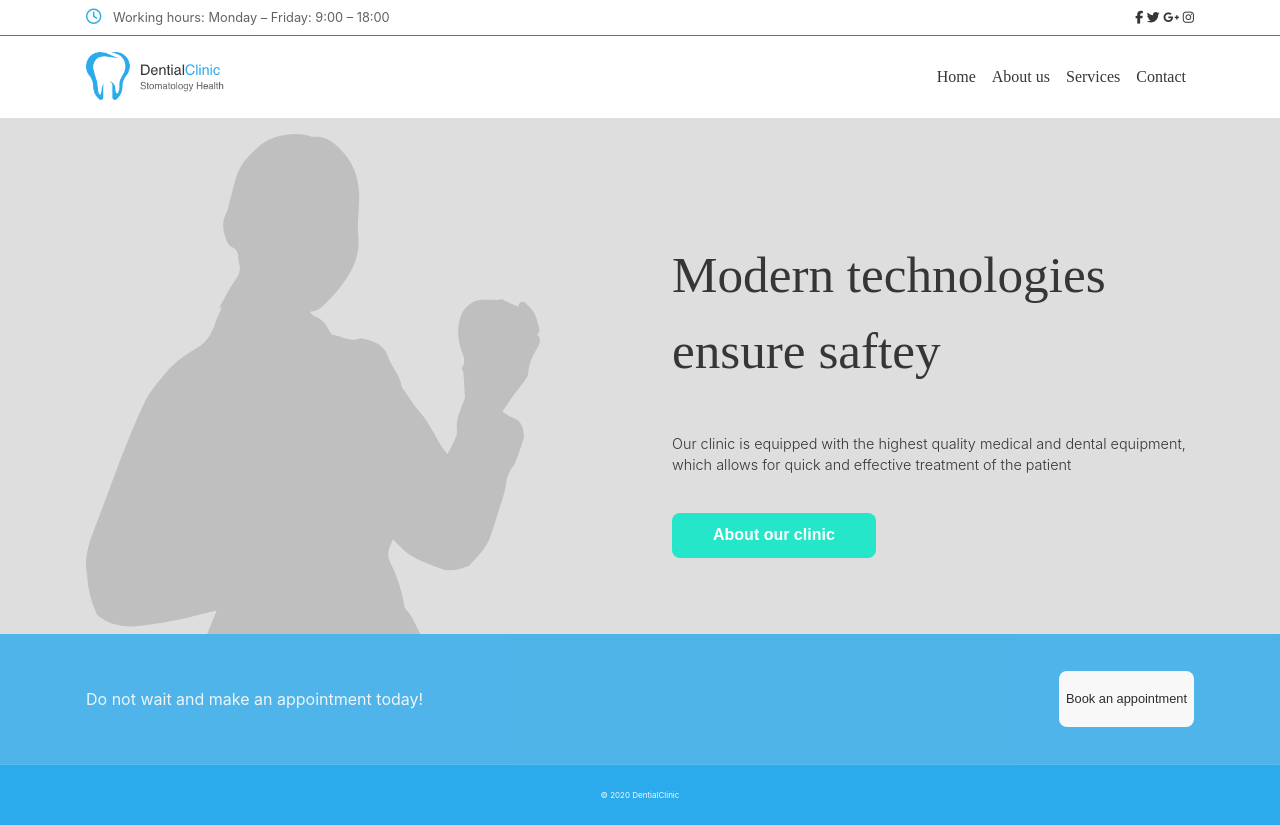
Repository: skepp4rn/uppgift1
Page: index.html
These files come from the project's save history. The page is drawn as it stood at one moment and after the next save; the edit follows.
The browser window is 1280 px wide. The pictures show the whole page.
Some web libraries are served in a nearby version.

Above is the page before, as saved 2020-12-03 15:01:28.

After the next save:
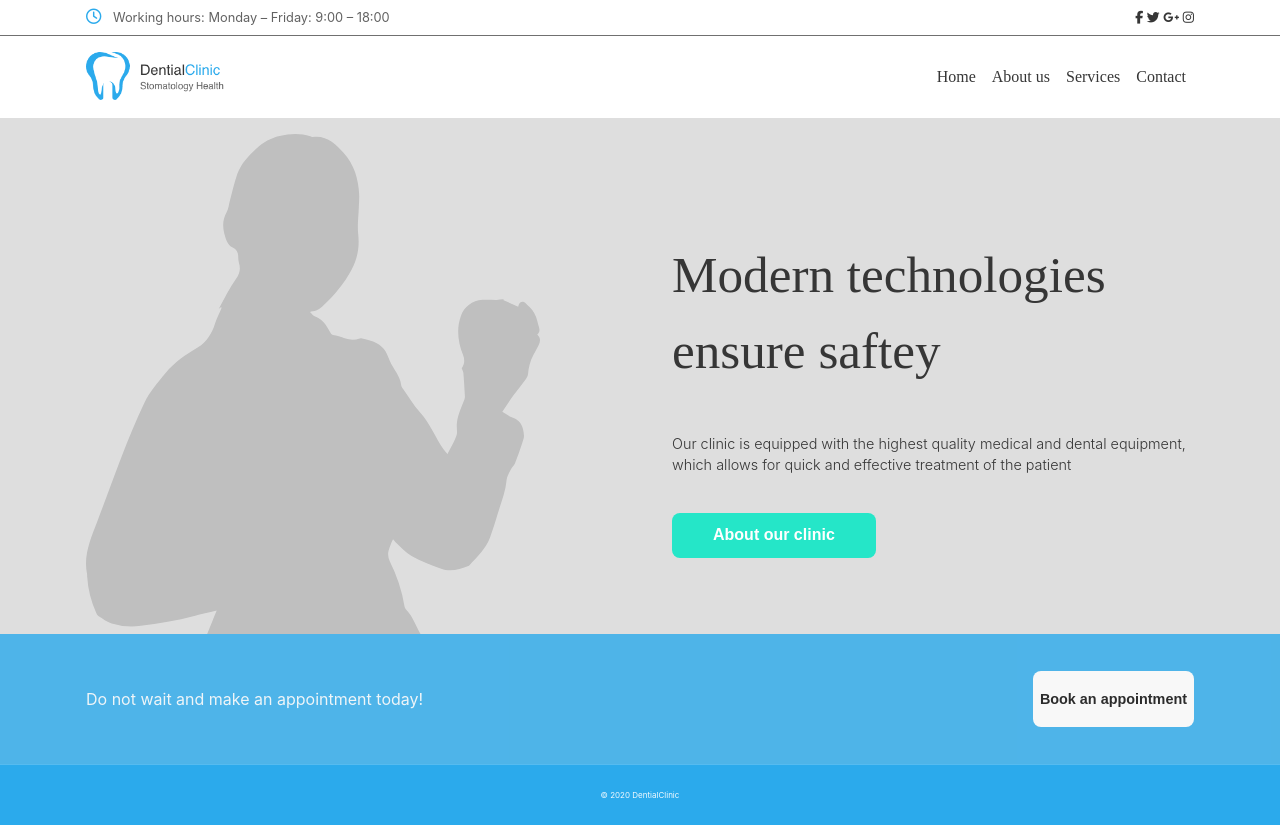
Saved 11 s later.
--- a/style.css
+++ b/style.css
@@ -224,7 +224,8 @@ a:hover {
     border-radius: 0.5rem;
     border: 1px solid transparent;
     background-color: white;
-    font-size: 0.8rem
+    font-weight: bold;
+    font-size: 0.9rem
 }
 
 
